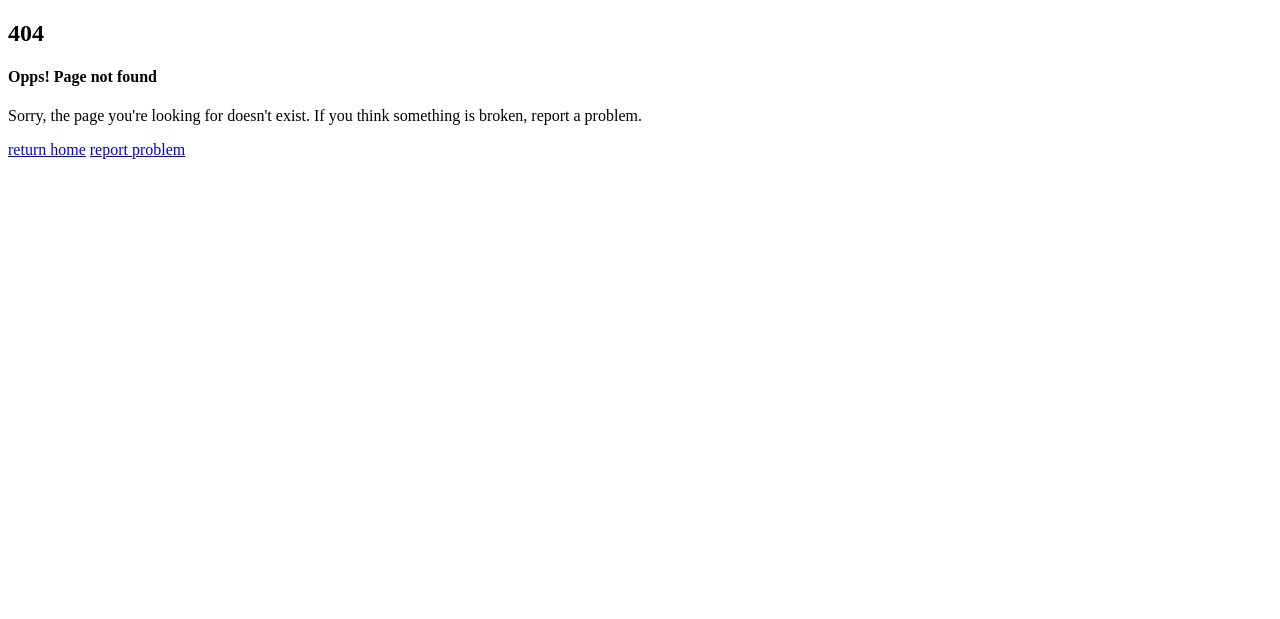
Repository: lenhandat/studentManagement
Page: front-end/fontpart3/Student_Management/error.html
An editor plug-in stored every save of this project. The page is shown before and after the next save, followed by the edit.
The browser window is 1280 px wide. The pictures show the whole page.

Above is the page before, as saved 2021-08-27 23:10:37.

### front-end/fontpart3/Student_Management/error.html
<!DOCTYPE html>
<html lang="en">
<head>
    <meta charset="UTF-8">
    <meta http-equiv="X-UA-Compatible" content="IE=edge">
    <meta name="viewport" content="width=device-width, initial-scale=1.0">
    <title>Document</title>
</head>
    <body>
        <div id="error-page">
           <div class="content">
              <h2 class="header" data-text="404">
                 404
              </h2>
              <h4 data-text="Opps! Page not found">
                 Opps! Page not found
              </h4>
              <p>
                 Sorry, the page you're looking for doesn't exist. If you think something is broken, report a problem.
              </p>
              <div class="btns">
                 <a href="https://www.codingnepalweb.com/">return home</a>
                 <a href="https://www.codingnepalweb.com/">report problem</a>
              </div>
           </div>
        </div>
     </body>
</html>

### front-end/fontpart3/Student_Management/assets/css/reset.css
*{
    margin: 0;
    padding: 0;
    box-sizing: border-box;
}

html{
    font-size: 62.5%;
    font-family: 'Poppins', sans-serif;
}

### front-end/fontpart3/Student_Management/assets/css/login.css
body{
    margin: 0;
    padding: 0;
    height: 100vh;
    overflow: hidden;
  }
  .center{
    position: absolute;
    top: 50%;
    left: 50%;
    transform: translate(-50%, -50%);
    width: 400px;
    background: white;
    border-radius: 10px;
    box-shadow: 0 10px 15px rgba(10, 10, 63, 0.2);

  }
  .center h1{
    text-align: center;
    padding: 20px 0;
    border-bottom: 1px solid silver;
  }
  .center form{
    padding: 0 40px;
    box-sizing: border-box;
  }
  form .txt_field{
    position: relative;
    border-bottom: 2px solid #adadad;
    margin: 30px 0;
  }
  .txt_field input{
    width: 100%;
    padding: 0 5px;
    height: 40px;
    font-size: 16px;
    border: none;
    background: none;
    outline: none;
  }
  .txt_field label{
    position: absolute;
    top: 50%;
    left: 5px;
    color: #adadad;
    transform: translateY(-50%);
    font-size: 16px;
    pointer-events: none;
    transition: .5s;
  }
  .txt_field span::before{
    content: '';
    position: absolute;
    top: 40px;
    left: 0;
    width: 0%;
    height: 2px;
    background: #2691d9;
    transition: .5s;
  }
  .txt_field input:focus ~ label,
  .txt_field input:valid ~ label{
    top: -5px;
    color: #2691d9;
  }
  .txt_field input:focus ~ span::before,
  .txt_field input:valid ~ span::before{
    width: 100%;
  }
  .pass{
    margin: -5px 0 20px 5px;
    color: #a6a6a6;
    cursor: pointer;
  }
  .pass:hover{
    text-decoration: underline;
  }
  input[type="submit"]{
    width: 100%;
    height: 50px;
    border: 1px solid;
    background: #2691d9;
    border-radius: 25px;
    font-size: 18px;
    color: #e9f4fb;
    font-weight: 700;
    cursor: pointer;
    outline: none;
  }
  input[type="submit"]:hover{
    border-color: #2691d9;
    transition: .5s;
  }
  .signup_link{
    margin: 30px 0;
    text-align: center;
    font-size: 16px;
    color: #666666;
  }
  .signup_link a{
    color: #2691d9;
    text-decoration: none;
  }
  .signup_link a:hover{
    text-decoration: underline;
  }

After the next save:
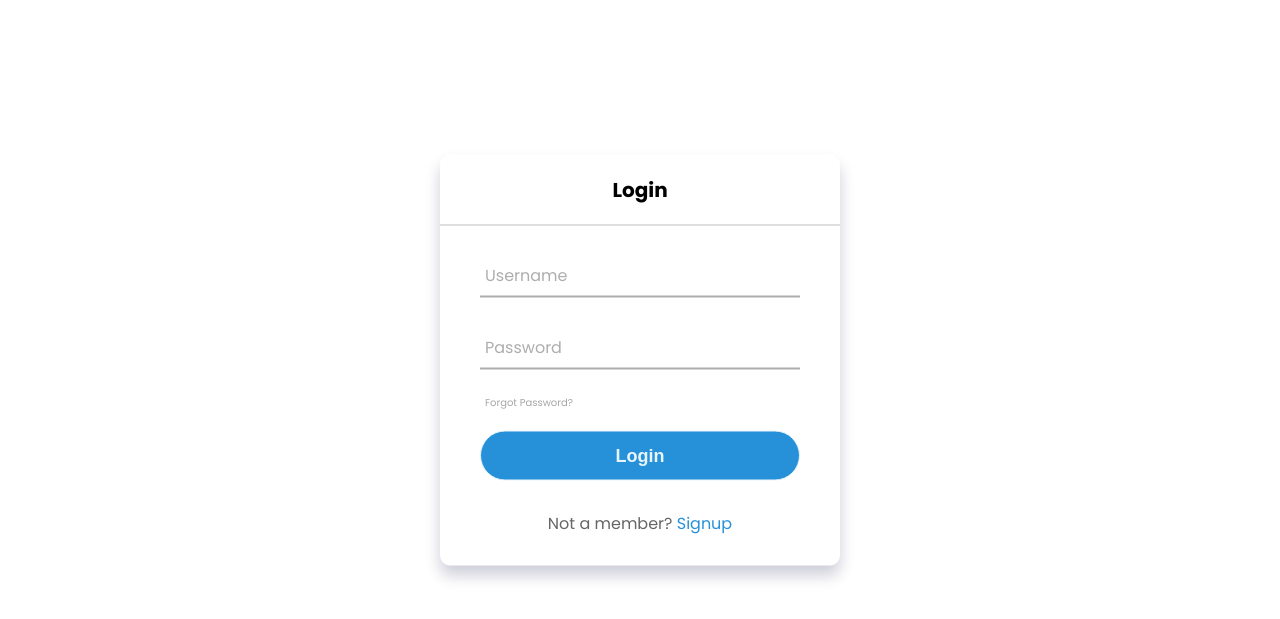
Saved 13 s later.
--- a/front-end/fontpart3/Student_Management/error.html
+++ b/front-end/fontpart3/Student_Management/error.html
@@ -4,25 +4,34 @@
     <meta charset="UTF-8">
     <meta http-equiv="X-UA-Compatible" content="IE=edge">
     <meta name="viewport" content="width=device-width, initial-scale=1.0">
-    <title>Document</title>
+    <link rel="preconnect" href="https://fonts.googleapis.com">
+    <link rel="preconnect" href="https://fonts.gstatic.com" crossorigin>
+    <link href="https://fonts.googleapis.com/css2?family=Poppins:wght@300;400;500;600;700&display=swap" rel="stylesheet">
+    <link rel="stylesheet" href="./assets/css/reset.css">
+    <link rel="stylesheet" href="./assets/css/login.css">
+    <title>Login</title>
 </head>
-    <body>
-        <div id="error-page">
-           <div class="content">
-              <h2 class="header" data-text="404">
-                 404
-              </h2>
-              <h4 data-text="Opps! Page not found">
-                 Opps! Page not found
-              </h4>
-              <p>
-                 Sorry, the page you're looking for doesn't exist. If you think something is broken, report a problem.
-              </p>
-              <div class="btns">
-                 <a href="https://www.codingnepalweb.com/">return home</a>
-                 <a href="https://www.codingnepalweb.com/">report problem</a>
-              </div>
-           </div>
-        </div>
-     </body>
+<body>
+    <div class="center">
+        <h1>Login</h1>
+        <form method="post">
+          <div class="txt_field">
+            <input type="text" required="">
+            <span></span>
+            <label>Username</label>
+          </div>
+          <div class="txt_field">
+            <input type="password" required="">
+            <span></span>
+            <label>Password</label>
+          </div>
+          <div class="pass">Forgot Password?</div>
+          <input type="submit" value="Login">
+          <div class="signup_link">
+            Not a member? <a href="#">Signup</a>
+          </div>
+        </form>
+      </div>
+    <script src="./assets/fontAwesome/all.min.js"></script>
+</body>
 </html>
